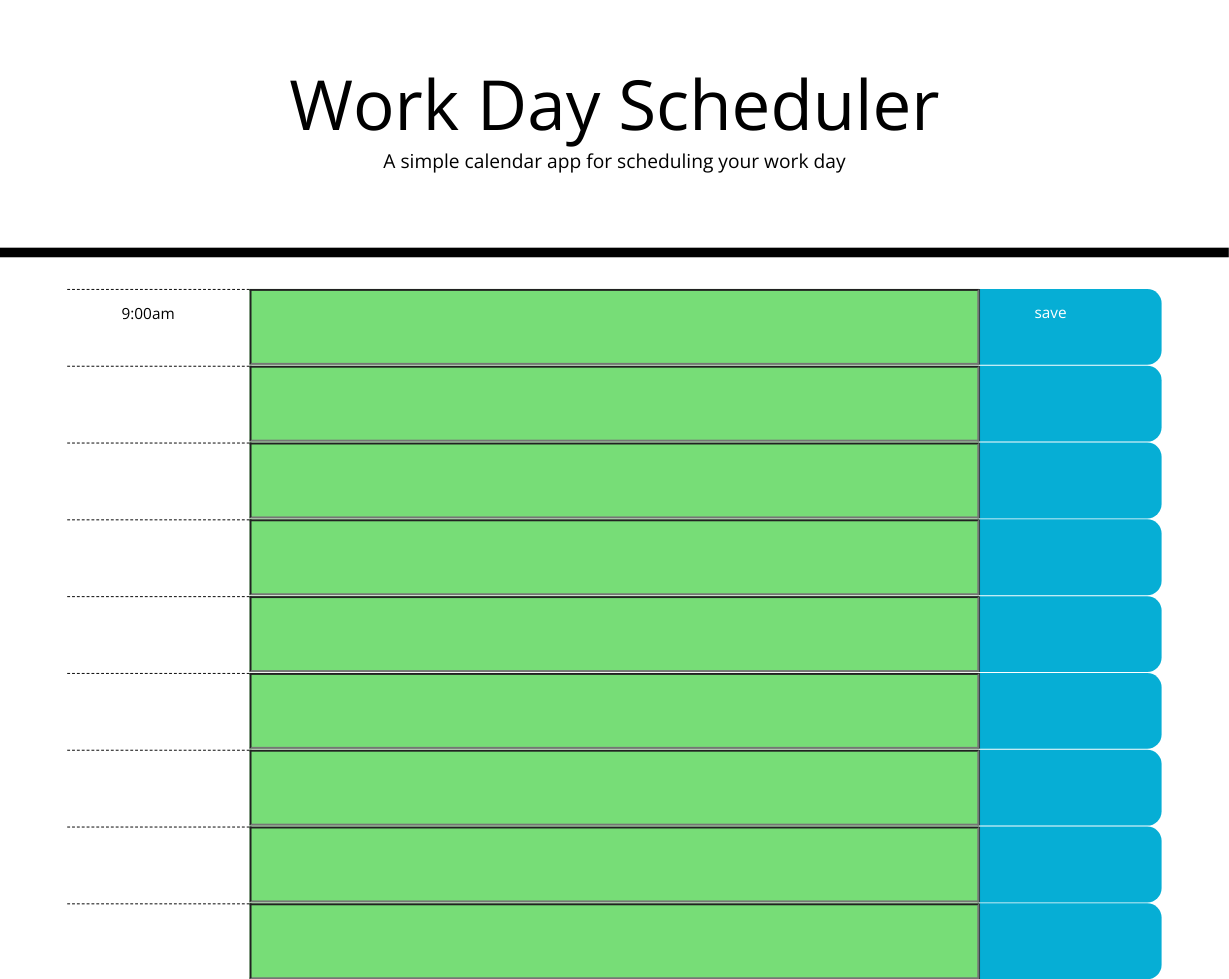
Repository: s88leigh/Day-Planner
Page: Develop/index.html
The author's editor kept a copy of each file at every save. The page is drawn from the files as they stood at one save, then again after the next save.
The browser window is 1280 px wide. The pictures show the whole page, at 96% of full size.
Some web libraries are served in a nearby version.

Above is the page before, as saved 2019-10-25 00:35:47.
Console error: ReferenceError: userJSON is not defined

After the next save:
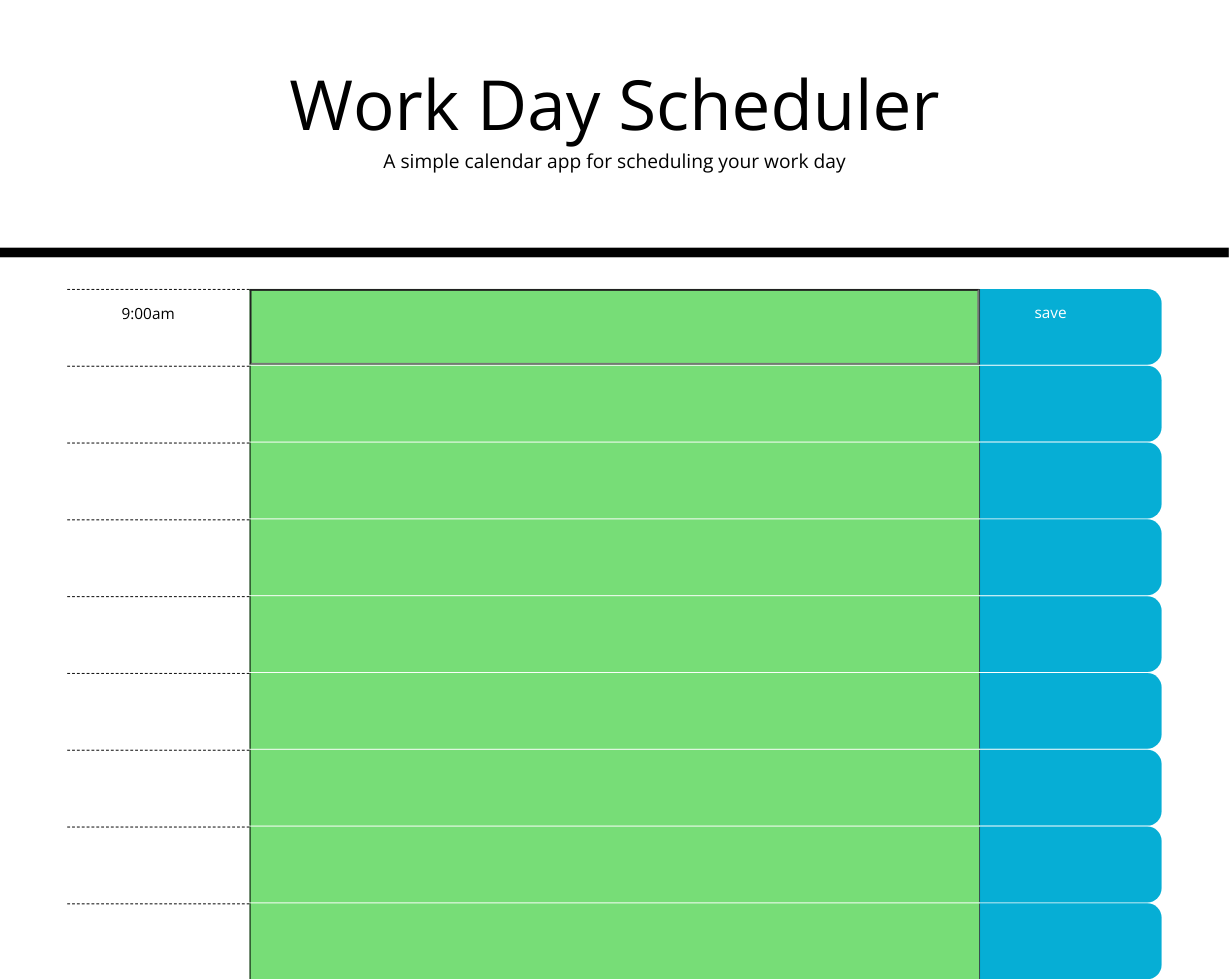
Saved 15 h 50 min later.
--- a/Develop/script.js
+++ b/Develop/script.js
@@ -10,7 +10,7 @@ for(i = startTime; i < endTime; i++) {
     hour.addClass("col-2 hour");
     hour.text[i];
 
-    dailyTask = $("<input>");
+    dailyTask = $("<textarea>");
     dailyTask.addClass("col-8");
     dailyTask.addClass("future");
     dailyTask.textContent="";
